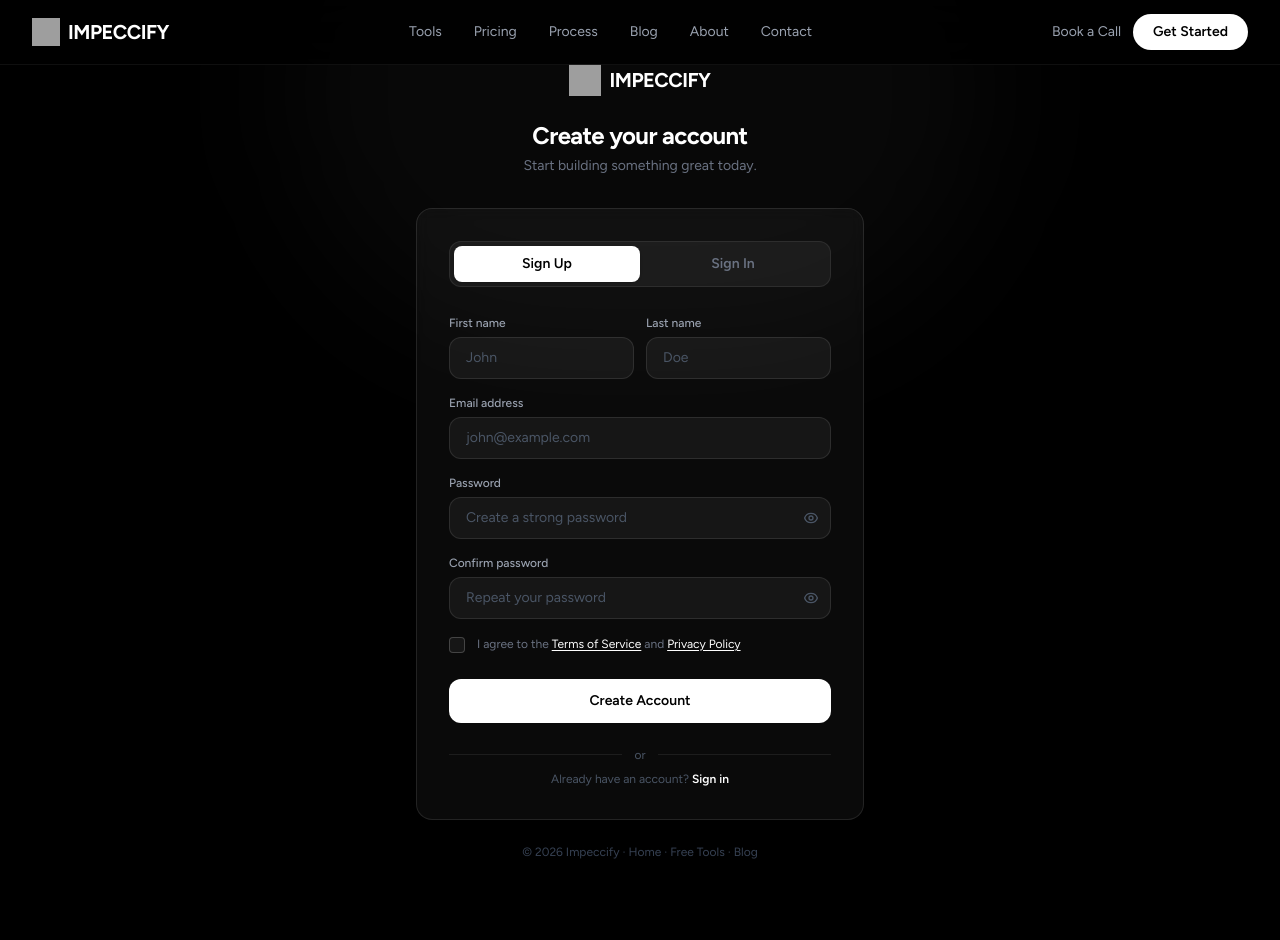
Repository: princeali7/impeccify-clone
Page: /get-started
The author's editor kept a copy of each file at every save. The page is drawn from the files as they stood at one save, then again after the next save.
The browser window is 1280 px wide. The pictures show the whole page.
Pictures or frames that could not be fetched are drawn as grey boxes. The project was rebuilt for these pictures with package versions that can differ from the ones it lists, and the page was loaded fresh each time. The framework's server and built-in components were replaced by stand-ins that run in the browser. Also part of the build but not shown: next.config.ts.

Above is the page before, as saved 2026-03-25 00:00:20.

After the next save:
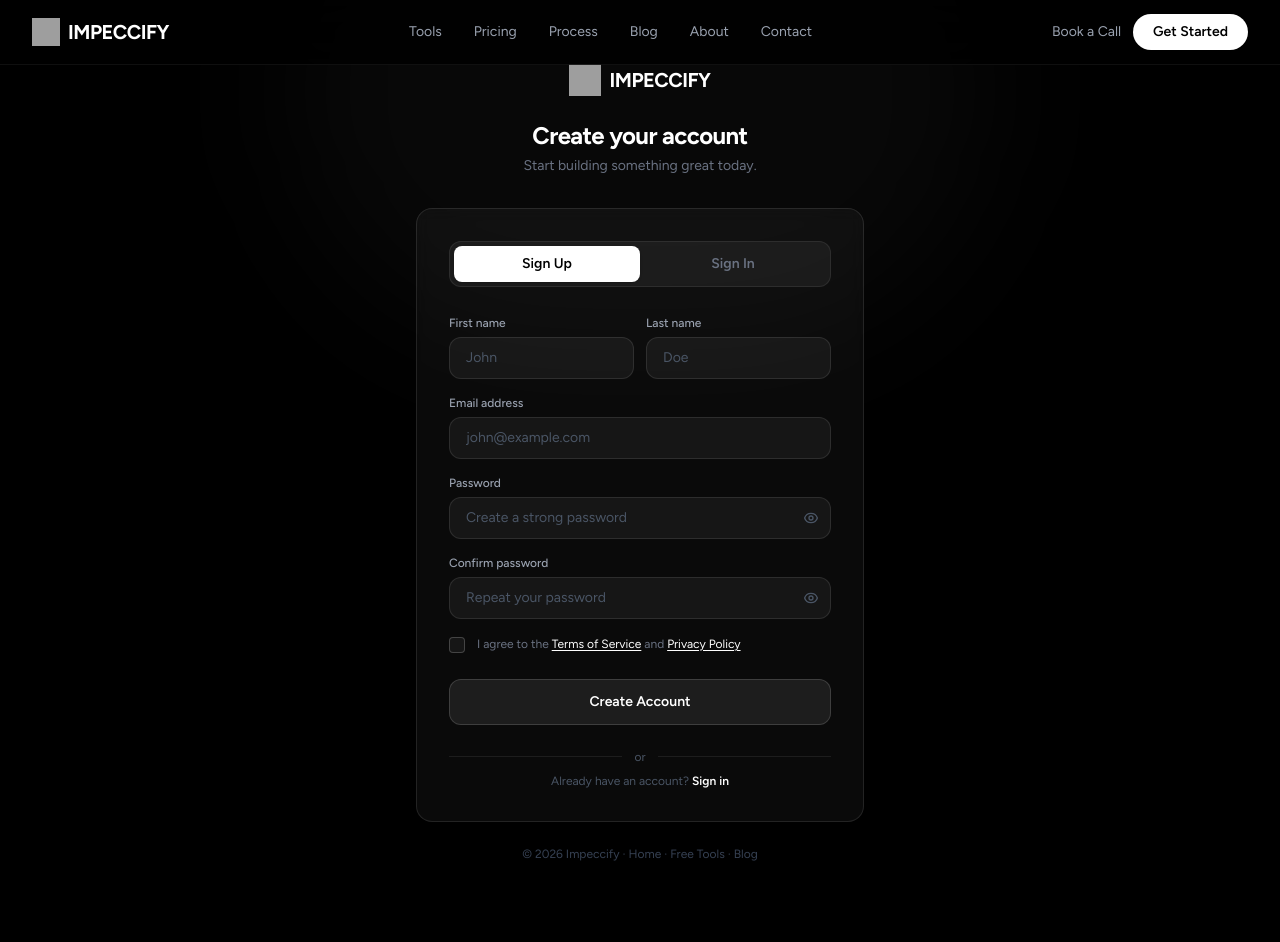
Saved 3 min 14 s later.
--- a/src/app/get-started/page.tsx
+++ b/src/app/get-started/page.tsx
@@ -169,7 +169,7 @@ export default function GetStartedPage() {
 
                 <button
                   type="submit"
-                  className="w-full bg-white text-black font-semibold py-3 rounded-xl text-sm hover:bg-gray-100 active:scale-[0.98] transition-all duration-200 mt-2"
+                  className="w-full bg-white/8 border border-white/15 text-white font-semibold py-3 rounded-xl text-sm hover:bg-white/12 hover:border-white/25 active:scale-[0.98] transition-all duration-200 mt-2"
                 >
                   Create Account
                 </button>
@@ -241,7 +241,7 @@ export default function GetStartedPage() {
 
                 <button
                   type="submit"
-                  className="w-full bg-white text-black font-semibold py-3 rounded-xl text-sm hover:bg-gray-100 active:scale-[0.98] transition-all duration-200 mt-2"
+                  className="w-full bg-white/8 border border-white/15 text-white font-semibold py-3 rounded-xl text-sm hover:bg-white/12 hover:border-white/25 active:scale-[0.98] transition-all duration-200 mt-2"
                 >
                   Sign In
                 </button>
